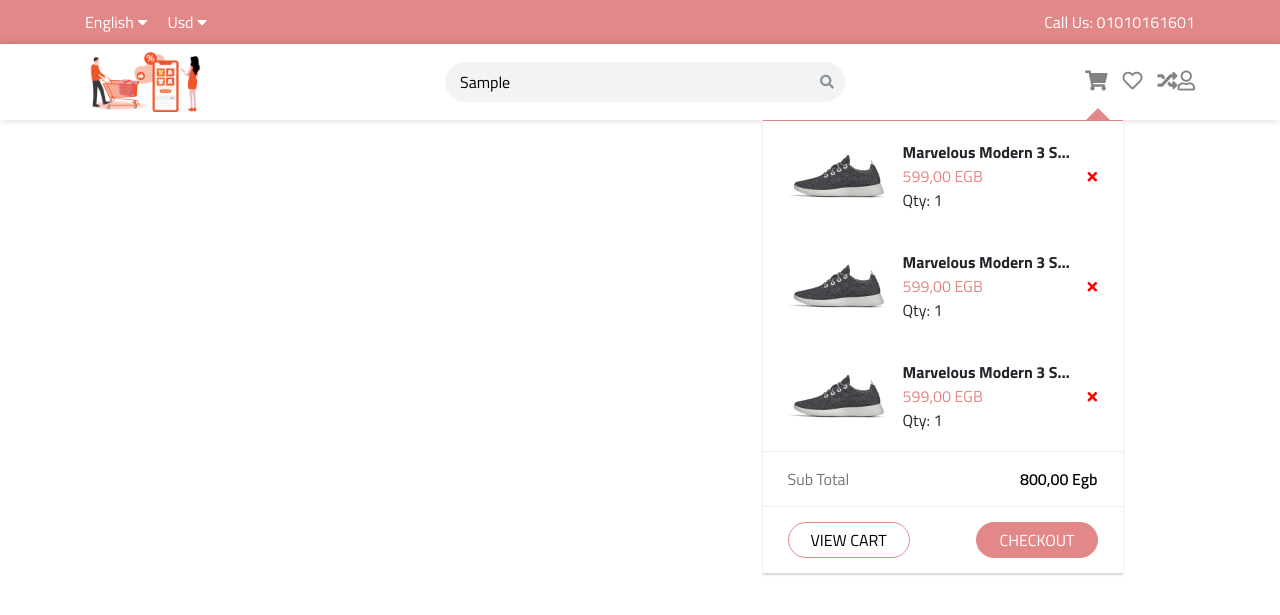
Repository: amrh20/ecommerce-temp
Page: src/index.html
The author's editor kept a copy of each file at every save. The page is drawn from the files as they stood at one save, then again after the next save.
The browser window is 1280 px wide. The pictures show the whole page.
Empty fields were first filled with sample values (such as "Sample", 5 or name@example.com).
After loading, the first visible `div.icon_head` was clicked once.
The style sheet was rebuilt from its Sass, Less or Tailwind sources for each picture, by a compiler version that may differ from the author's.

Above is the page before, as saved 2020-01-19 11:07:36.

After the next save:
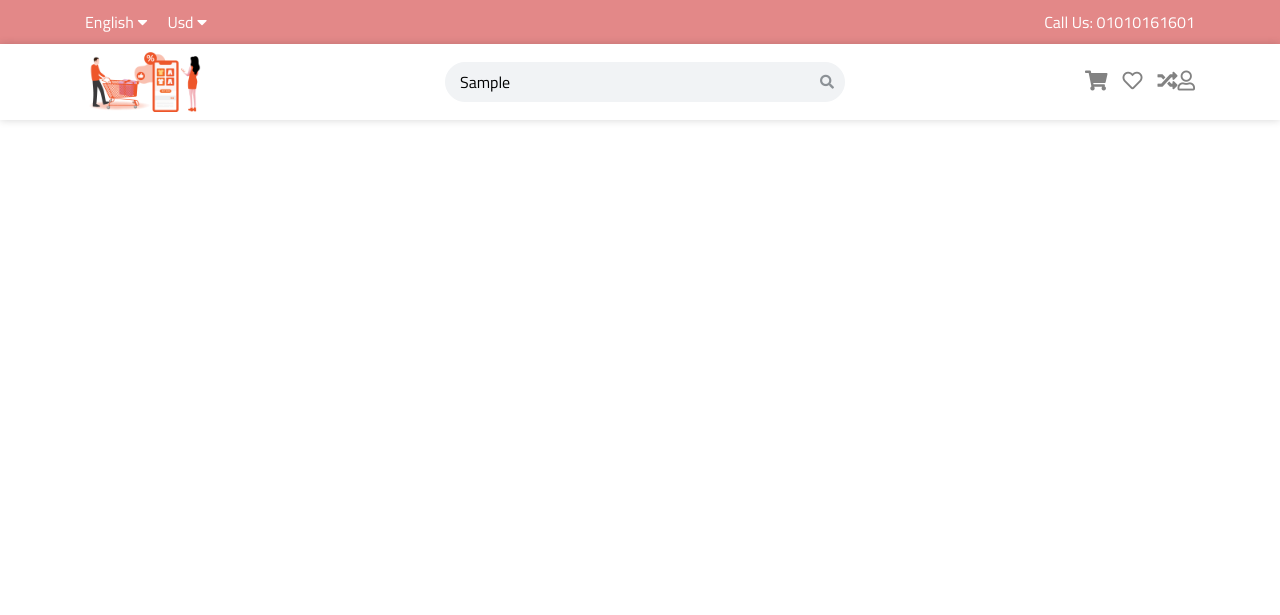
Saved 24 s later.
--- a/src/scripts/app.js
+++ b/src/scripts/app.js
@@ -1,15 +1,15 @@
-// $( document ).ready(function() {
-//     $(".icon_head").click(function(){
-//         $(".icon_Allcontent").toggleClass("showcontent")
-//     })
-// });
+$( document ).ready(function() {
+    $(".icon_head").click(function(){
+        $(".icon_Allcontent").toggleClass("showcontent")
+    })
+});
 
 
-var allButtons = document.querySelectorAll('.icon_head');
-console.log("Found", allButtons.length, "div which class starts with “button”.");
+// var allButtons = document.querySelectorAll('.icon_head');
+// console.log("Found", allButtons.length, "div which class starts with “button”.");
 
-for (var i = 0; i < allButtons.length; i++) {
-  allButtons[i].addEventListener('click', function() {
-    $(".shopping-cart_content").toggleClass("showcontent")
-  });
-}
+// for (var i = 0; i < allButtons.length; i++) {
+//   allButtons[i].addEventListener('click', function() {
+//     $(".shopping-cart_content").toggleClass("showcontent")
+//   });
+// }
